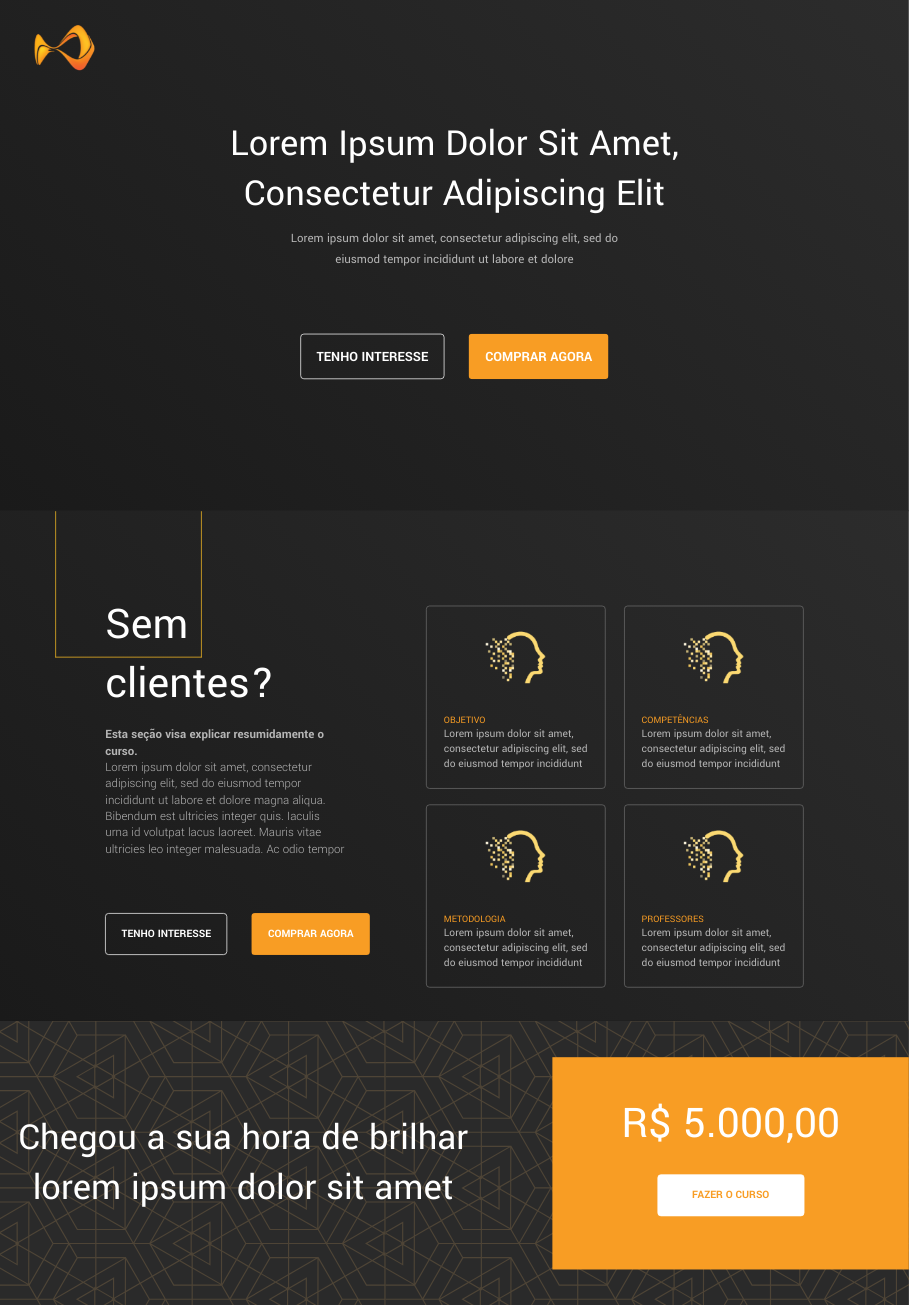
Repository: Rafael-Araujo-dev/Treinamento-Raccoon
Page: Projeto-2/index.html
These files come from the project's save history. The page is drawn as it stood at one moment and after a run of saves; the edit follows.
The browser window is 1280 px wide. The pictures show the whole page, at 71% of full size.

Above is the page before, as saved 2021-09-23 11:21:13.

After the next 2 saves:
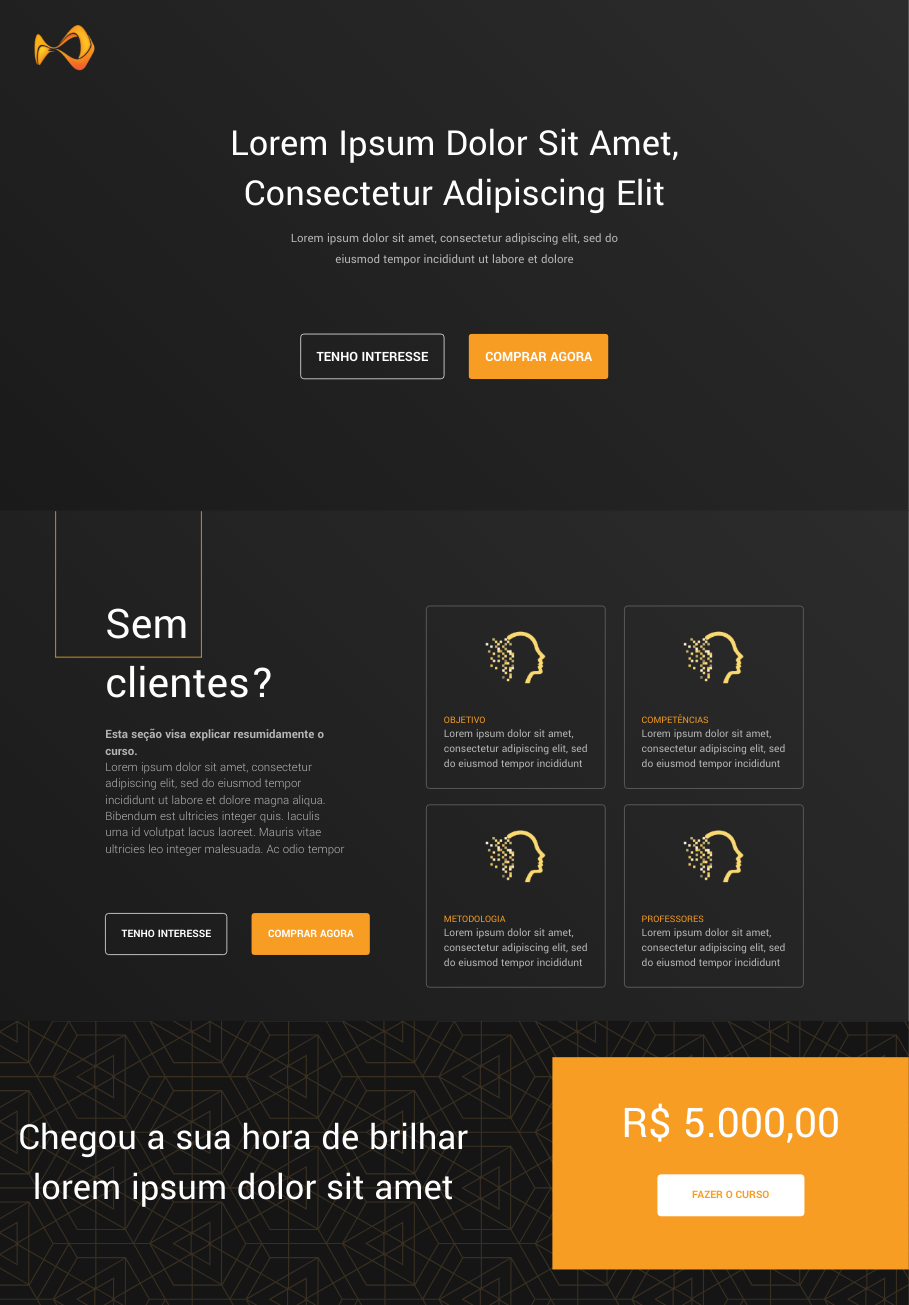
The 2 saves are shown as one change because they came seconds apart.
The last was saved 7 s later.
--- a/Projeto-2/css/style.css
+++ b/Projeto-2/css/style.css
@@ -340,7 +340,7 @@
 }
 
 .take-course .container{
-    background-color: rgba(50,50,50,0.7);
+    background-color: rgba(20,20,20,0.7);
 }
 
 .take-course .container {
